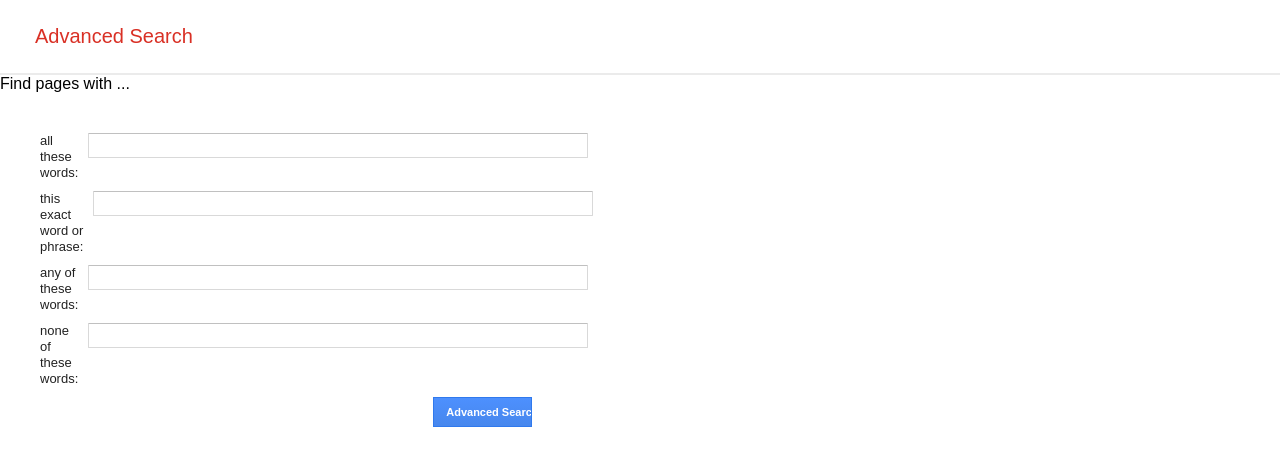
Repository: etentuk/search
Page: advanced_search.html
The author's editor kept a copy of each file at every save. The page is drawn from the files as they stood at one save, then again after a run of saves.
The browser window is 1280 px wide. The pictures show the whole page.

Above is the page before, as saved 2021-11-05 16:59:43.

After the next 2 saves:
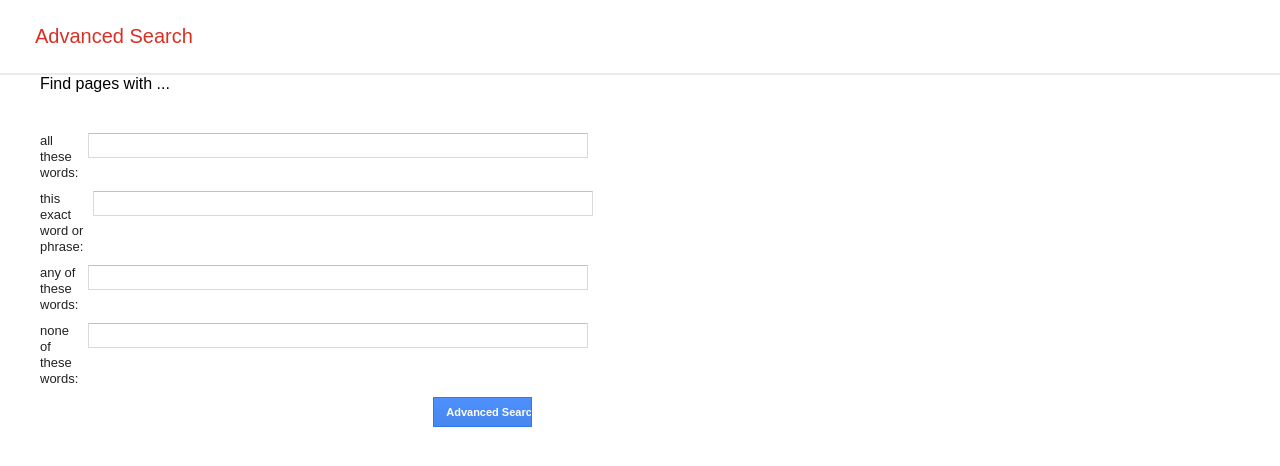
The 2 saves are shown as one change because they came seconds apart.
The last was saved 11 s later.
--- a/advanced_search.html
+++ b/advanced_search.html
@@ -35,7 +35,7 @@
         }
 
         #find-pages {
-            margin-bottom: ;
+            margin-left: 40px;
         }
     </style>
 </head>
